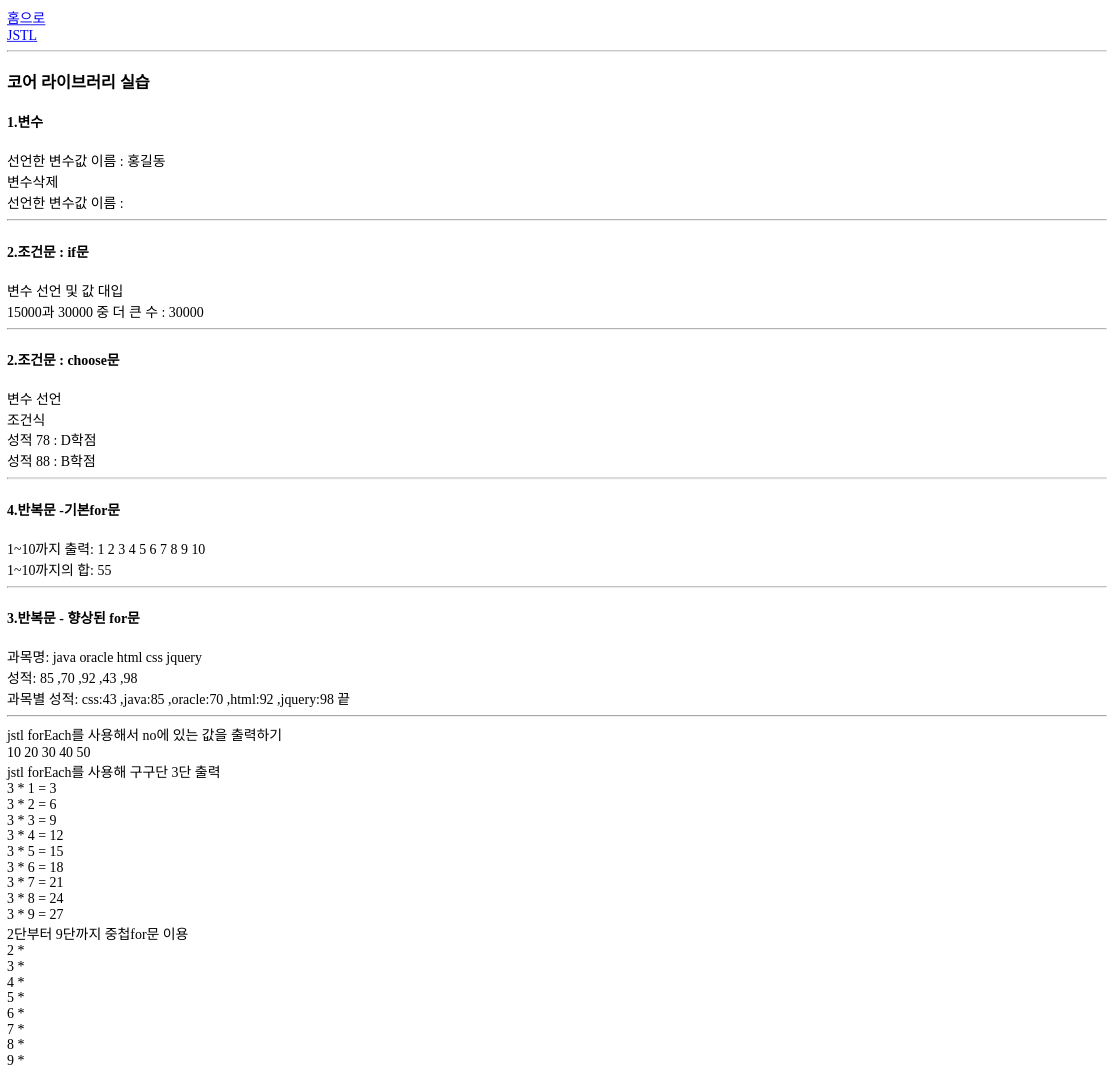
Repository: hyewoon/web
Page: http://localhost/servlet04/jstl/core.jsp
An editor plug-in stored every save of this project. The page is shown before and after the next save, followed by the edit.
The browser window is 1280 px wide. The pictures show the whole page, at 87% of full size.
The page is served by Tomcat 9. Other server files are loaded and not shown.

Above is the page before, as saved 2022-11-18 06:08:33.

### servlet04/src/main/webapp/jstl/core.jsp
<%@page import="org.apache.taglibs.standard.lang.jstl.DivideOperator"%>
<%@ page language="java" contentType="text/html; charset=UTF-8"
    pageEncoding="UTF-8" import="java.util.*"%>
<%@ taglib uri ="http://java.sun.com/jsp/jstl/core" prefix="c" %>

<!DOCTYPE html>
<html>
<head>
<meta charset="UTF-8">
<title>Insert title here</title>
</head>
<body>
<div> <a href ='../'>홈으로</a> </div>
<div> <a href ='index.jsp'>JSTL</a> </div>
<hr>
<h3>코어 라이브러리 실습</h3>
<h4>1.변수</h4>
<c:set var='name' value ="홍길동"/>
<div>선언한 변수값 이름 : ${name}</div>
<!--pageContext.setAttribute 한 상태 :변수선언 스코프: 해당페이지-->
<div>변수삭제</div>
<c:remove var='name'/>
<div>선언한 변수값 이름 : ${name}</div>
<!--removeAttribute 한 상태  -->
<hr>

<h4>2.조건문 : if문</h4>
<div>변수 선언 및 값 대입</div>
<c:set var='no1' value = '15000'/>
<c:set var='no2' value = '30000'/>
<div>
${no1}과 ${no2} 중 더 큰 수 :
<c:if test = '${(no1-0) gt no2}'>${no1}
</c:if>
<c:if test= '${no1-no2 lt 0}'>${no2}
</c:if>
</div>
<hr>
<h4>2.조건문 : choose문</h4>
<div>변수 선언</div>
<c:set var ='score' value='78'/>
<div>조건식</div>
<c:choose>
<c:when test='${score >= 90 }'><c:set var ='grade' value ='A'/></c:when>
<c:when test='${score >= 90 }'><c:set var ='grade' value ='B'/></c:when>
<c:when test='${score >= 90 }'><c:set var ='grade' value ='C'/></c:when>
<c:when test='${score >= 90 }'><c:set var ='grade' value ='D'/></c:when>
<c:otherwise><c:set var ='grade' value ='D'/></c:otherwise>
</c:choose>
<div>성적 ${score} : ${grade}학점</div>

 <%
int score = 88;
String grade = "";


if( score>= 90)  grade ="A";
if( score>= 80)  grade ="B";
if( score>= 70)  grade ="C";
if( score>= 60)  grade ="D";
if( score<60)	 grade = "F";



if(score>= 90) grade= "A";
else if(score >= 80) grade ="B";
else if(score >= 70) grade ="C";
else if(score >= 60) grade ="D";
else if(score < 60) grade ="F";

out.print( "성적 "+score+ " : " + grade +"학점" );
%>

<hr>
<h4>4.반복문 -기본for문</h4>
<div>1~10까지 출력:
	<c:forEach var='no' begin='1' end='10' step='1'>
	${no}
	<c:set var='sum' value='${no+sum}'/>
	</c:forEach>
</div>
<div>1~10까지의 합: ${sum}</div>
<hr>
<h4>3.반복문 - 향상된 for문</h4>
<%
String subjects[]= {"java", "oracle", "html", "css", "jquery"};
request.setAttribute("subjects",subjects);
%>

<div>과목명:
	<c:forEach items= "${subjects}" var='subject'>
	${subject}
	</c:forEach>
</div>

<%
ArrayList<Integer> list= new ArrayList<Integer>();
list.add(85);
list.add(70);
list.add(92);
list.add(43);
list.add(98);
request.setAttribute("score_list", list);
%>
<div>성적:
	<c:forEach items= '${score_list}' var='score' varStatus='state'>
	${state.index eq 0 ? '': ',' }${score}
</c:forEach>
</div>

<%
HashMap<String, Integer> map = new HashMap<String, Integer>();
map.put("java",85);
map.put("oracle",70);
map.put("html",92);
map.put("css",43);
map.put("jquery",98);
request.setAttribute("score_map", map);
%>
<div>과목별 성적:
	<c:forEach items ='${score_map}' var='score' varStatus='state'>
	${state.first ?'' : ',' }${score.key}:${score.value}
	${state.last ? '끝': '' }
	</c:forEach>

</div>

<%
int no[] = {10,20,30, 40, 50};
request.setAttribute("no", no);
%>

<hr>
<div>jstl forEach를 사용해서 no에 있는 값을 출력하기</div>
<c:forEach items ="${no}" var ="no" varStatus = 'state'>
${no}
</c:forEach>

<div>jstl  forEach를 사용해 구구단 3단 출력</div>

<c:forEach  var = "num1" begin= '1' end = '9' step= '1'>

3 * ${num1} = ${3 * num1} <br>
</c:forEach>

<div>2단부터 9단까지 중첩for문 이용</div>

<!--  -->
<c:forEach  var = "num2" begin= '2' end = '9' step= '1'>
	<c:forEach var = "num3" begin ='1' end ='9' step ='1'>
	</c:forEach>
${num2} * ${num3} <br>

</c:forEach>


</body>
</html>

After the next save:
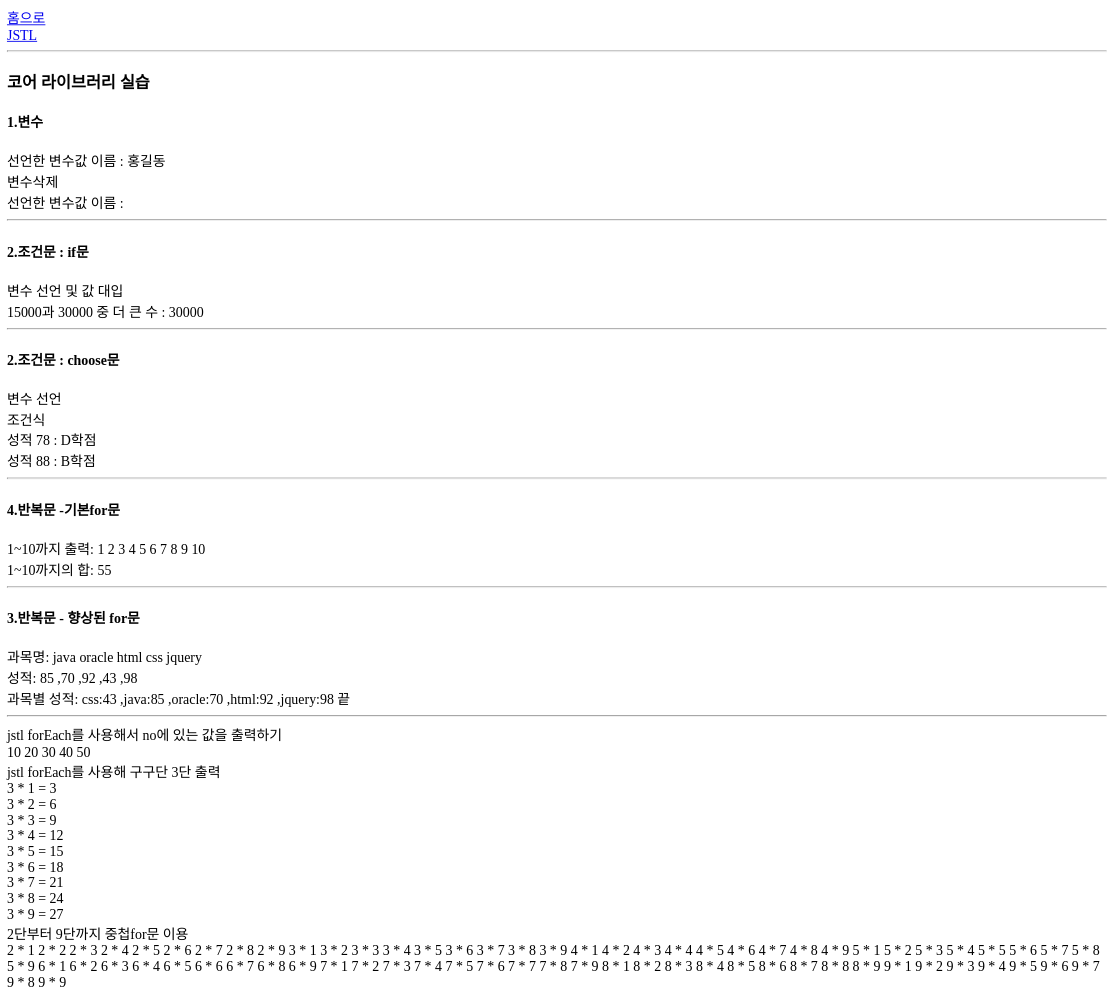
Saved 20 s later.
--- a/servlet04/src/main/webapp/jstl/core.jsp
+++ b/servlet04/src/main/webapp/jstl/core.jsp
@@ -148,9 +148,8 @@ ${no}
 <!--  -->
 <c:forEach  var = "num2" begin= '2' end = '9' step= '1'>
 	<c:forEach var = "num3" begin ='1' end ='9' step ='1'>
+	${num2} * ${num3}
 	</c:forEach>
-${num2} * ${num3} <br>
-
 </c:forEach>
 
 
